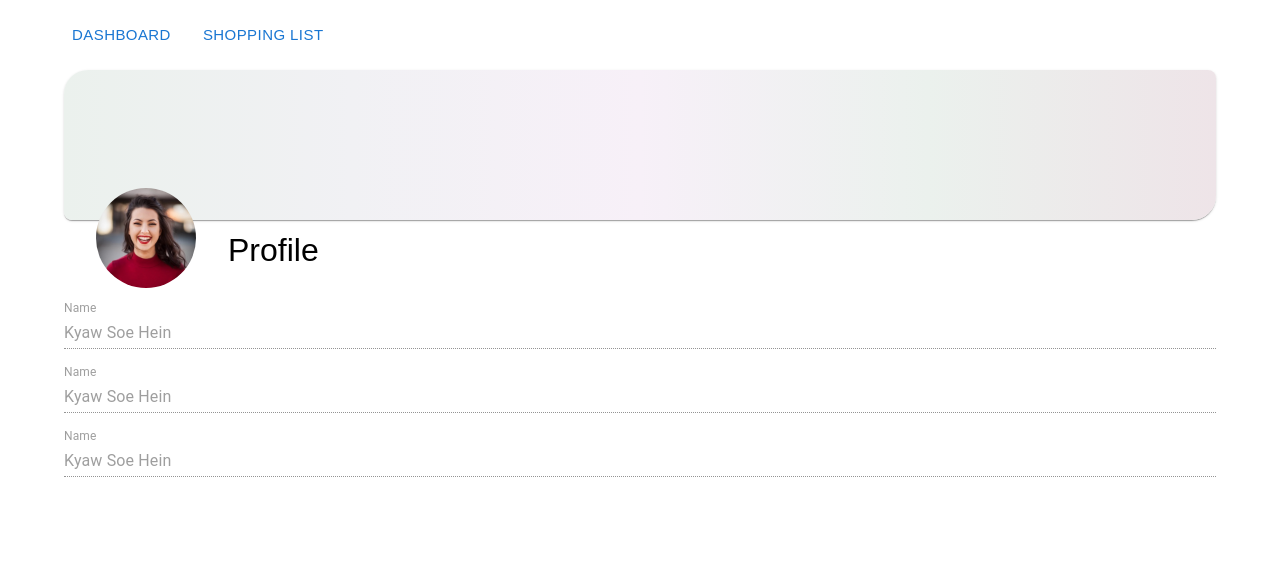
Repository: KyawSoeHein/GoogleAuthReact
Page: /
These files come from the project's save history. The page is drawn as it stood at one moment and after the next save; the edit follows.
The browser window is 1280 px wide. The pictures show the whole page.
The project was rebuilt for these pictures with package versions that can differ from the ones it lists, and the page was loaded fresh each time.

Above is the page before, as saved 2022-02-14 20:18:25.

After the next save:
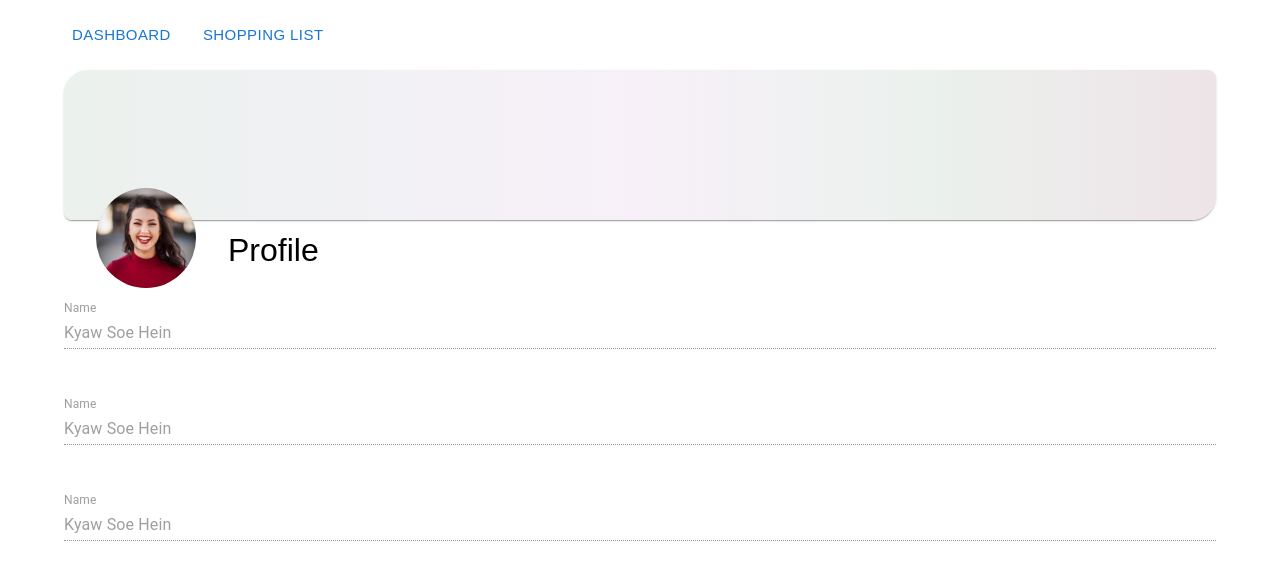
Saved 6 s later.
--- a/src/Components/UserInfo.tsx
+++ b/src/Components/UserInfo.tsx
@@ -6,7 +6,7 @@ const UserInfo = () => {
   const buttonFontSize = 15;
 
   return (
-    <Stack spacing={2}>
+    <Stack spacing={6}>
       <TextField
         disabled
         id="standard-disabled"
